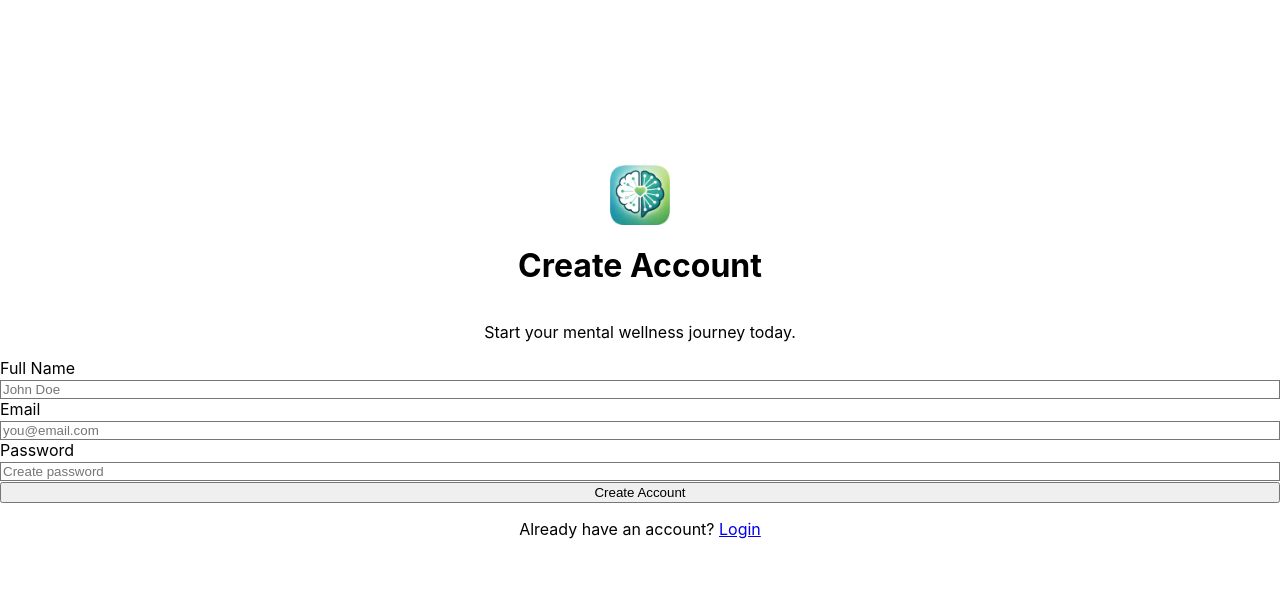
Repository: PhantomMiles/therabuddy
Page: /signup
These files come from the project's save history. The page is drawn as it stood at one moment and after the next save; the edit follows.
The browser window is 1280 px wide. The pictures show the whole page.
The project was rebuilt for these pictures with package versions that can differ from the ones it lists, and the page was loaded fresh each time. The framework's server and built-in components were replaced by stand-ins that run in the browser. Also part of the build but not shown: next.config.ts.

Above is the page before, as saved 2026-03-08 02:10:24.

After the next save:
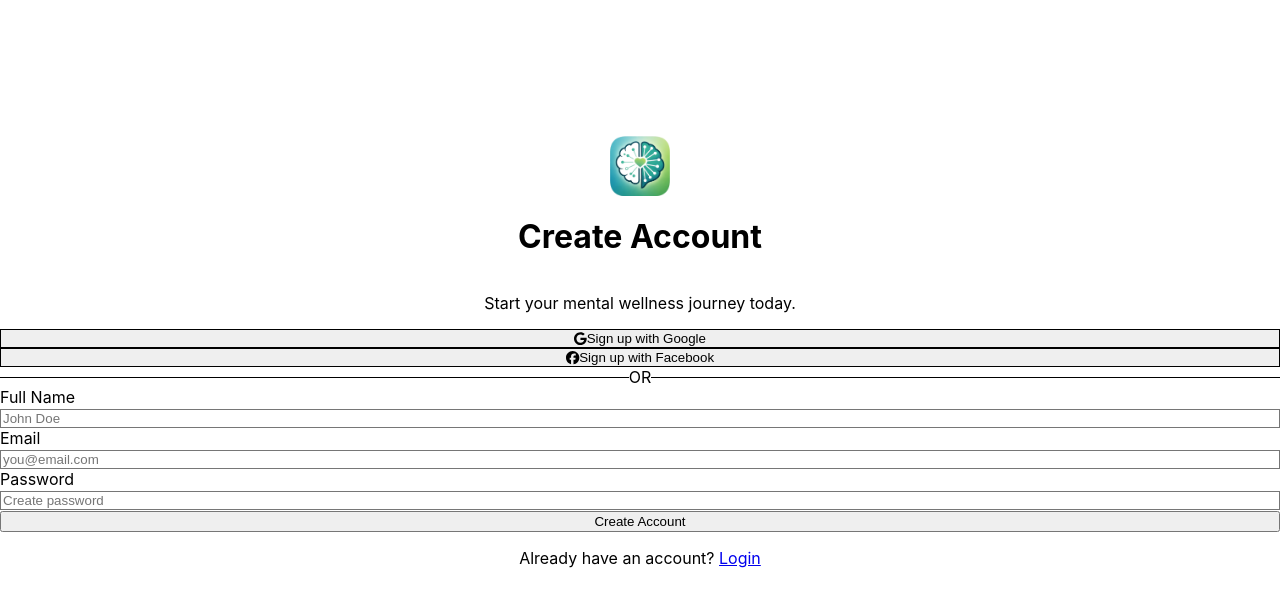
Saved 42 s later.
--- a/src/app/signup/page.tsx
+++ b/src/app/signup/page.tsx
@@ -4,14 +4,18 @@
 import Link from "next/link";
 import Image from "next/image";
 
+import { FontAwesomeIcon } from "@fortawesome/react-fontawesome";
+import { faGoogle, faFacebook } from "@fortawesome/free-brands-svg-icons";
+
 export default function SignupPage() {
-  const [name, setName] = useState("");
-  const [email, setEmail] = useState("");
-  const [password, setPassword] = useState("");
 
-  const handleSubmit = (e: React.FormEvent) => {
+  const [name,setName] = useState("");
+  const [email,setEmail] = useState("");
+  const [password,setPassword] = useState("");
+
+  const handleSubmit = (e:React.FormEvent) => {
     e.preventDefault();
-    console.log({ name, email, password });
+    console.log({name,email,password});
   };
 
   return (
@@ -20,17 +24,36 @@
       <div className="w-full max-w-md rounded-2xl bg-white dark:bg-neutral-900 shadow-xl p-8 space-y-6">
 
         <div className="flex flex-col items-center space-y-3">
-          <Image
-            src="/therabuddy.png"
-            alt="Therabuddy"
-            width={60}
-            height={60}
-          />
+          <Image src="/therabuddy.png" alt="Therabuddy" width={60} height={60}/>
           <h1 className="text-2xl font-bold">Create Account</h1>
           <p className="text-sm text-gray-500 text-center">
             Start your mental wellness journey today.
           </p>
         </div>
+
+        {/* SOCIAL SIGNUP */}
+
+        <div className="space-y-3">
+
+          <button className="flex items-center justify-center gap-3 w-full border rounded-lg py-3 hover:bg-gray-50 dark:hover:bg-neutral-800 transition">
+            <FontAwesomeIcon icon={faGoogle} className="text-red-500"/>
+            Sign up with Google
+          </button>
+
+          <button className="flex items-center justify-center gap-3 w-full border rounded-lg py-3 hover:bg-gray-50 dark:hover:bg-neutral-800 transition">
+            <FontAwesomeIcon icon={faFacebook} className="text-blue-600"/>
+            Sign up with Facebook
+          </button>
+
+        </div>
+
+        <div className="flex items-center gap-3 text-gray-400 text-sm">
+          <div className="flex-1 border-t"></div>
+          OR
+          <div className="flex-1 border-t"></div>
+        </div>
+
+        {/* FORM */}
 
         <form onSubmit={handleSubmit} className="space-y-4">
 
@@ -42,7 +65,7 @@
               placeholder="John Doe"
               className="w-full mt-1 rounded-lg border p-3 focus:outline-none focus:ring-2 focus:ring-black dark:bg-neutral-800"
               value={name}
-              onChange={(e) => setName(e.target.value)}
+              onChange={(e)=>setName(e.target.value)}
             />
           </div>
 
@@ -54,7 +77,7 @@
               placeholder="you@email.com"
               className="w-full mt-1 rounded-lg border p-3 focus:outline-none focus:ring-2 focus:ring-black dark:bg-neutral-800"
               value={email}
-              onChange={(e) => setEmail(e.target.value)}
+              onChange={(e)=>setEmail(e.target.value)}
             />
           </div>
 
@@ -66,7 +89,7 @@
               placeholder="Create password"
               className="w-full mt-1 rounded-lg border p-3 focus:outline-none focus:ring-2 focus:ring-black dark:bg-neutral-800"
               value={password}
-              onChange={(e) => setPassword(e.target.value)}
+              onChange={(e)=>setPassword(e.target.value)}
             />
           </div>
 
@@ -81,10 +104,7 @@
 
         <p className="text-sm text-center text-gray-500">
           Already have an account?{" "}
-          <Link
-            href="/login"
-            className="font-semibold text-black dark:text-white"
-          >
+          <Link href="/login" className="font-semibold text-black dark:text-white">
             Login
           </Link>
         </p>
